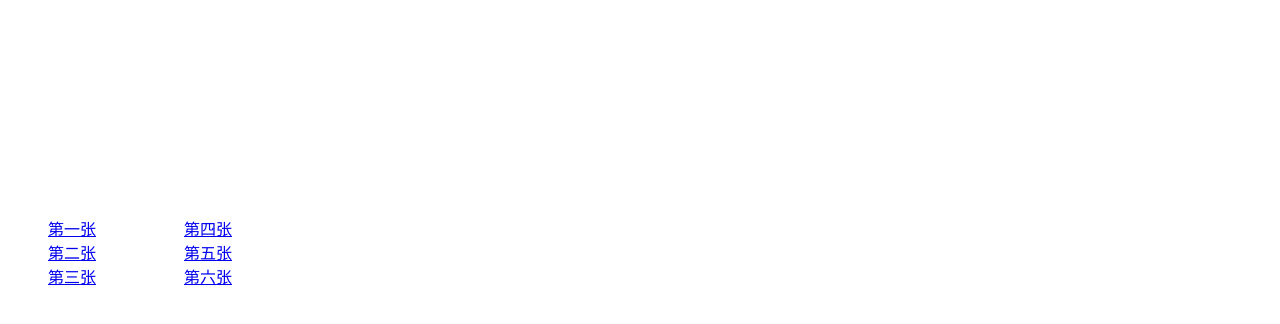
Repository: ldqml/project
Page: jQ/taobao.html
An editor plug-in stored every save of this project. The page is shown before and after the next save, followed by the edit.
The browser window is 1280 px wide. The pictures show the whole page.

Above is the page before, as saved 2022-07-09 16:21:08.

After the next save:
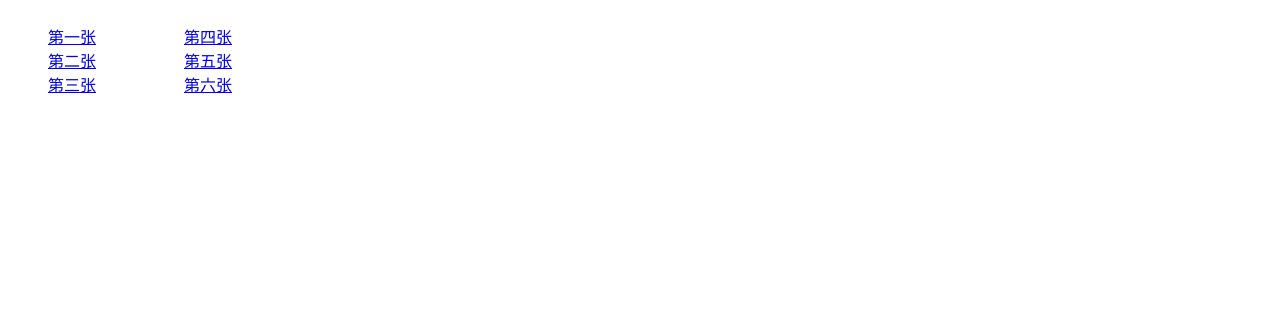
Saved 97 s later.
--- a/jQ/taobao.html
+++ b/jQ/taobao.html
@@ -6,7 +6,7 @@
     <meta name="viewport" content="width=device-width, initial-scale=1.0">
     <title>Document</title>
     <style type="text/css">
-        div{
+        .tuchu{
             margin: 0 auto;
             margin-top: 200px;
 

After the save that followed:
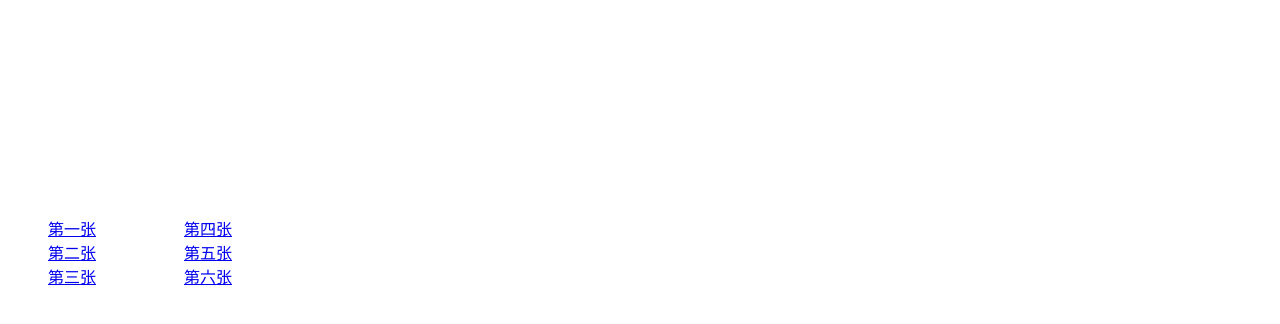
Saved 15 s later.
--- a/jQ/taobao.html
+++ b/jQ/taobao.html
@@ -6,7 +6,7 @@
     <meta name="viewport" content="width=device-width, initial-scale=1.0">
     <title>Document</title>
     <style type="text/css">
-        .tuchu{
+        .da{
             margin: 0 auto;
             margin-top: 200px;
 
